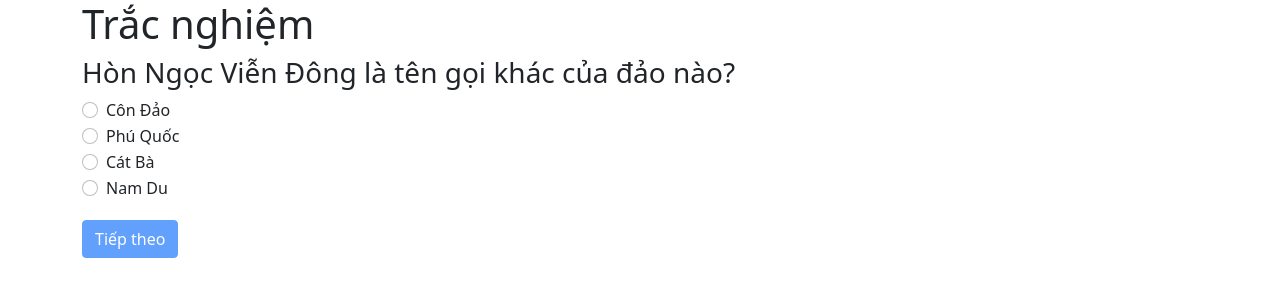
Repository: tran-thien-nhan/quiz_tlln
Page: index.html
The author's editor kept a copy of each file at every save. The page is drawn from the files as they stood at one save, then again after the next save.
The browser window is 1280 px wide. The pictures show the whole page.

Above is the page before, as saved 2023-06-25 10:40:53.

After the next save:
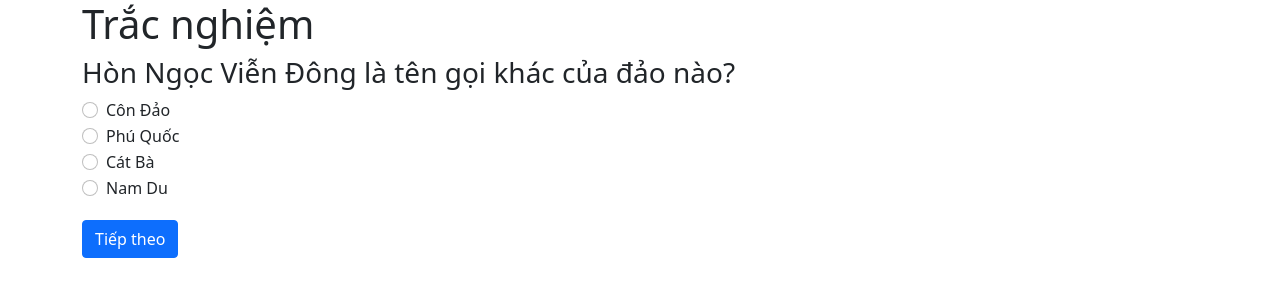
Saved 36 s later.
--- a/index.html
+++ b/index.html
@@ -38,7 +38,7 @@
       <span id="result"></span>
     </div>
 
-    <button class="btn btn-primary" id="nextButton" disabled>Tiếp theo</button>
+    <button class="btn btn-primary" id="nextButton">Tiếp theo</button>
     <span id="score"></span>
   </div>
 
@@ -113,6 +113,7 @@
               } else {
                 questionContainer.style.display = "none";
                 scoreElement.textContent = `Tổng điểm: ${score}`;
+                scoreElement.style.display = "block";
               }
             }, 1000);
           }
